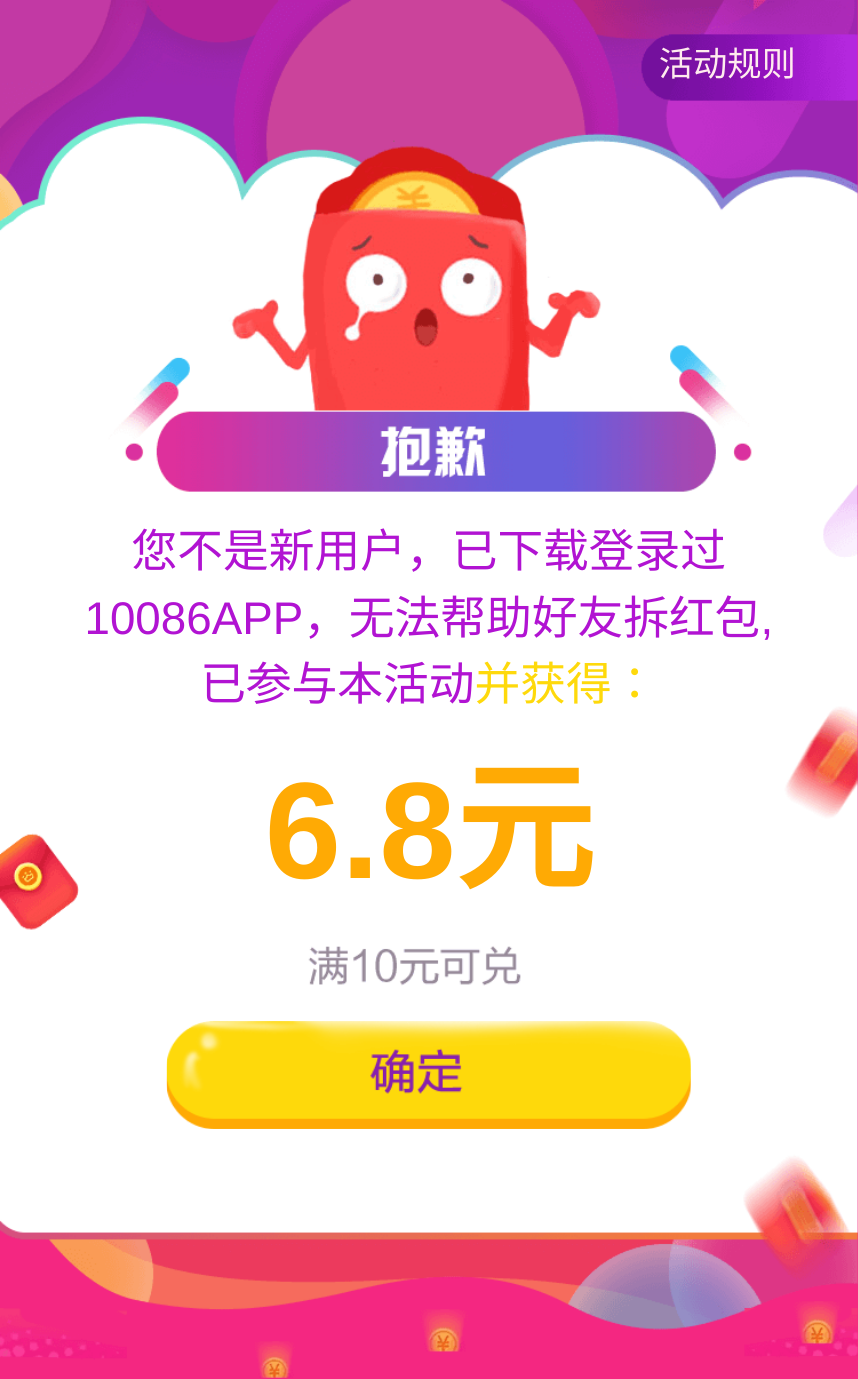
Repository: wangbiaozy/hb
Page: index_fail.html
An editor plug-in stored every save of this project. The page is shown before and after the next save, followed by the edit.
The browser window is 1280 px wide. The pictures show the whole page, at 67% of full size.

Above is the page before, as saved 2018-08-17 11:26:49.

After the next save:
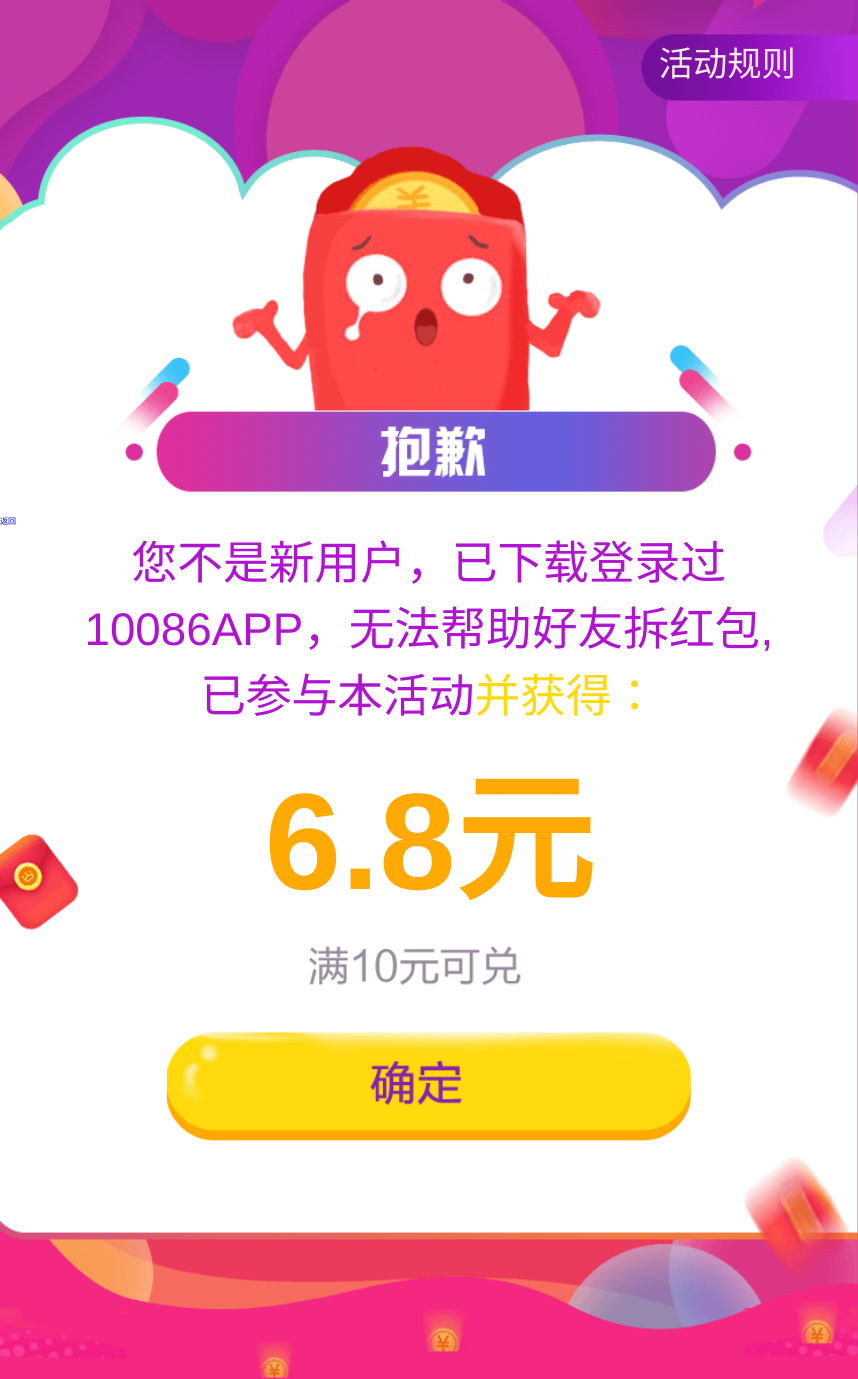
Saved 5 s later.
--- a/index_fail.html
+++ b/index_fail.html
@@ -12,7 +12,7 @@
 <body>
     <section class="main">
         <a id="rule_btn" href="javascript:void(0)">活动规则</a>
-        <a class="back" href="javascript:void(0)"></a>
+        <a class="back" href="javascript:void(0)">返回</a>
         <p>您不是新用户，已下载登录过10086APP，无法帮助好友拆红包,已参与本活动<span>并获得：</span></p>
         <!-- <p>您不是新用户，已下载登录过10086APP，无法帮助好友拆红包但作为回馈<span>赠送您话费红包：</span></p> -->
         <h2><span>6.8</span>元</h2>
